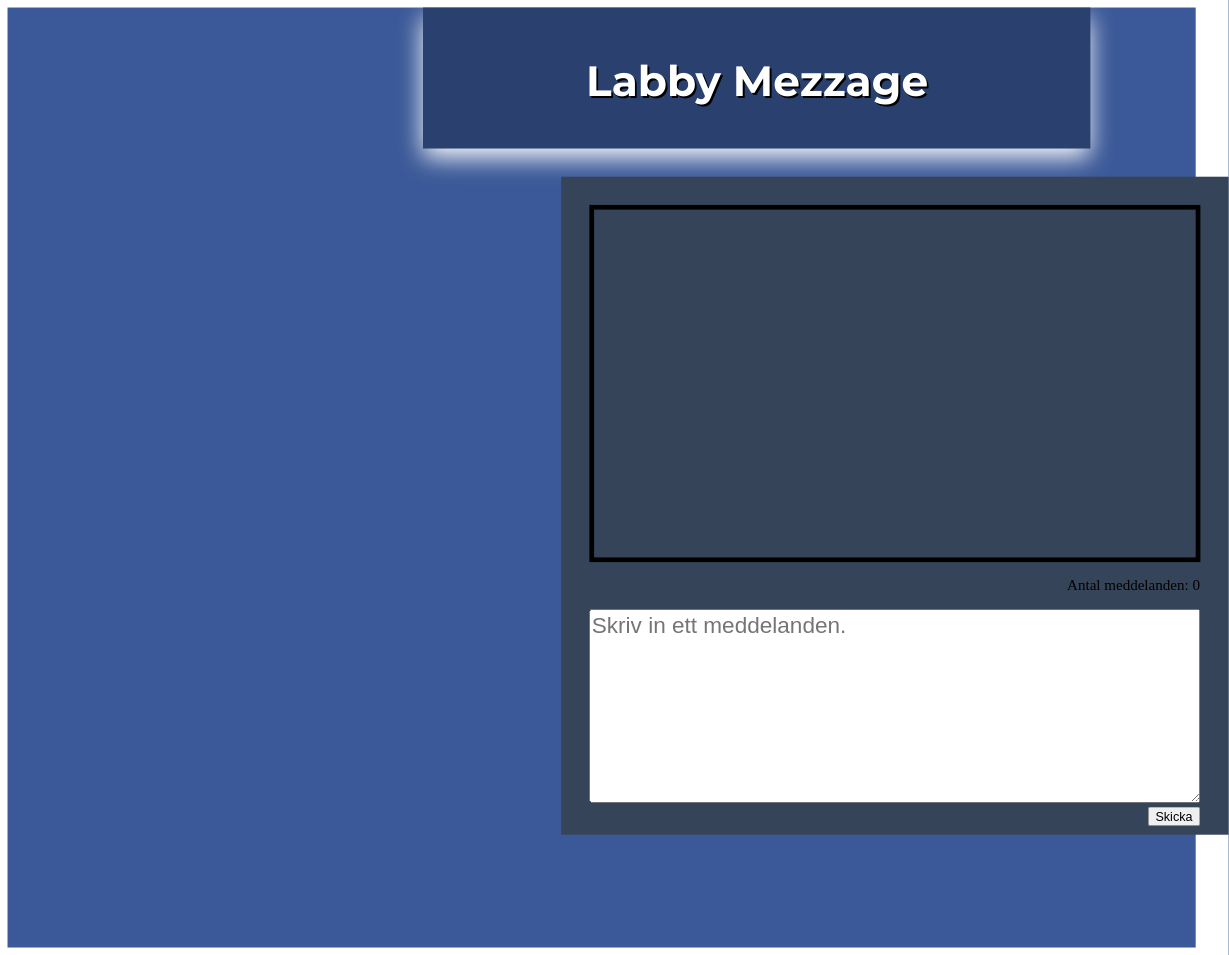
Repository: lw222gz/1dv403-laborationer-lw222gz
Page: 2-labbymezzage/index.html
The author's editor kept a record of every edit. The page is drawn from the files as they stood at one moment, then again after the next edit.
The browser window is 1280 px wide. The page is 1307 px wide, then 1280 px, so the pictures cover 1307 px, including what lies to the right of the window. The pictures show the whole page, at 94% of full size.

Above is the page before.

After the next edit:
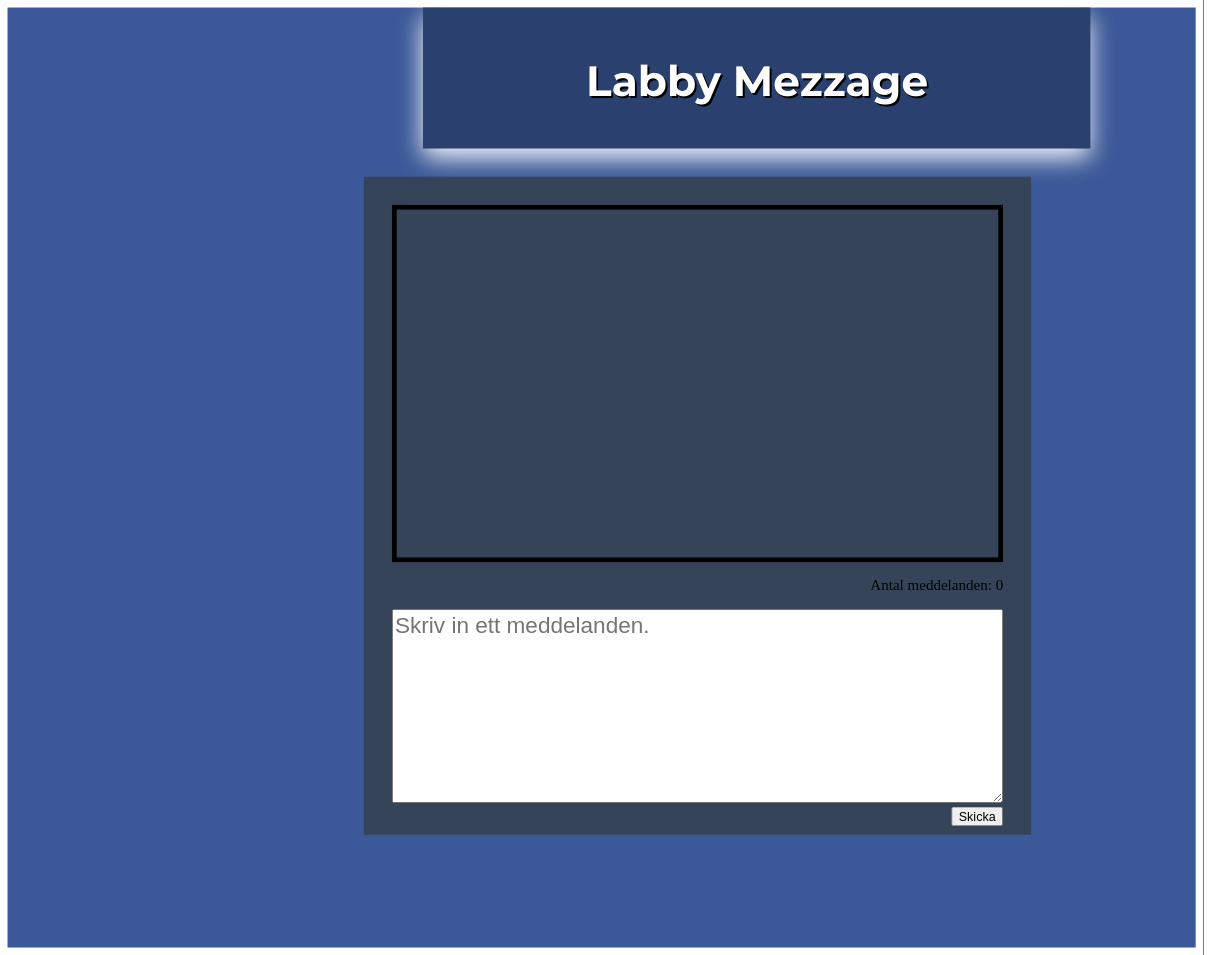
The edit:
--- a/2-labbymezzage/style.css
+++ b/2-labbymezzage/style.css
@@ -29,8 +29,7 @@
 main
     {
         padding:30px;
-        position:relative;
-        left:588.5px;
+        margin-left:30%;
         margin-top:30px;
         background-color:#354458;
         height:auto;
